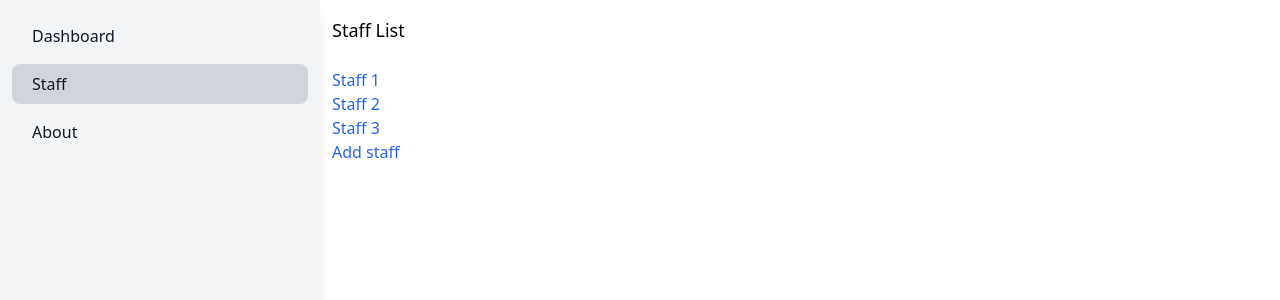
Repository: daohuyhoang9119/React-Router-6.4--Practice
Page: /staff
The author's editor kept a copy of each file at every save. The page is drawn from the files as they stood at one save, then again after the next save.
The browser window is 1280 px wide. The pictures show the whole page.
The project was rebuilt for these pictures with package versions that can differ from the ones it lists, and the page was loaded fresh each time. Also part of the build but not shown: src/components/AddStaff/AddStaff.tsx, src/pages/404/Page404.tsx, src/pages/About/About.tsx, src/pages/Dashboard/Dashboard.tsx, src/components/StaffItem/StaffItem.tsx.

Above is the page before, as saved 2022-11-07 21:02:02.

After the next save:
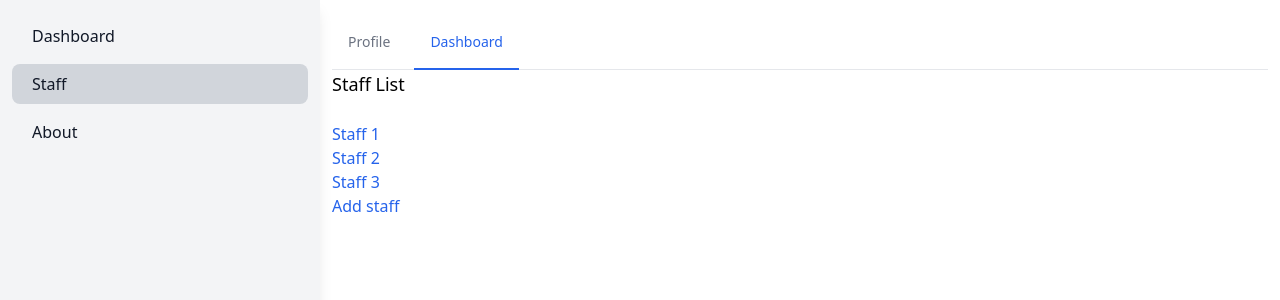
Saved 2 h 14 min later.
--- a/src/pages/Staff/Staff.tsx
+++ b/src/pages/Staff/Staff.tsx
@@ -4,7 +4,7 @@ import { Link } from 'react-router-dom'
 export default function Staff() {
   return (
     <div>
-      {/* <div className='border-b border-gray-200 text-center text-sm font-medium text-gray-500  '>
+      <div className='border-b border-gray-200 text-center text-sm font-medium text-gray-500  '>
         <ul className='-mb-px flex flex-wrap'>
           <li className='mr-2'>
             <a
@@ -24,7 +24,7 @@ export default function Staff() {
             </a>
           </li>
         </ul>
-      </div> */}
+      </div>
 
       <StaffList />
       <Link to='/staff/add' className='font-medium text-blue-600 hover:underline dark:text-blue-500'>
